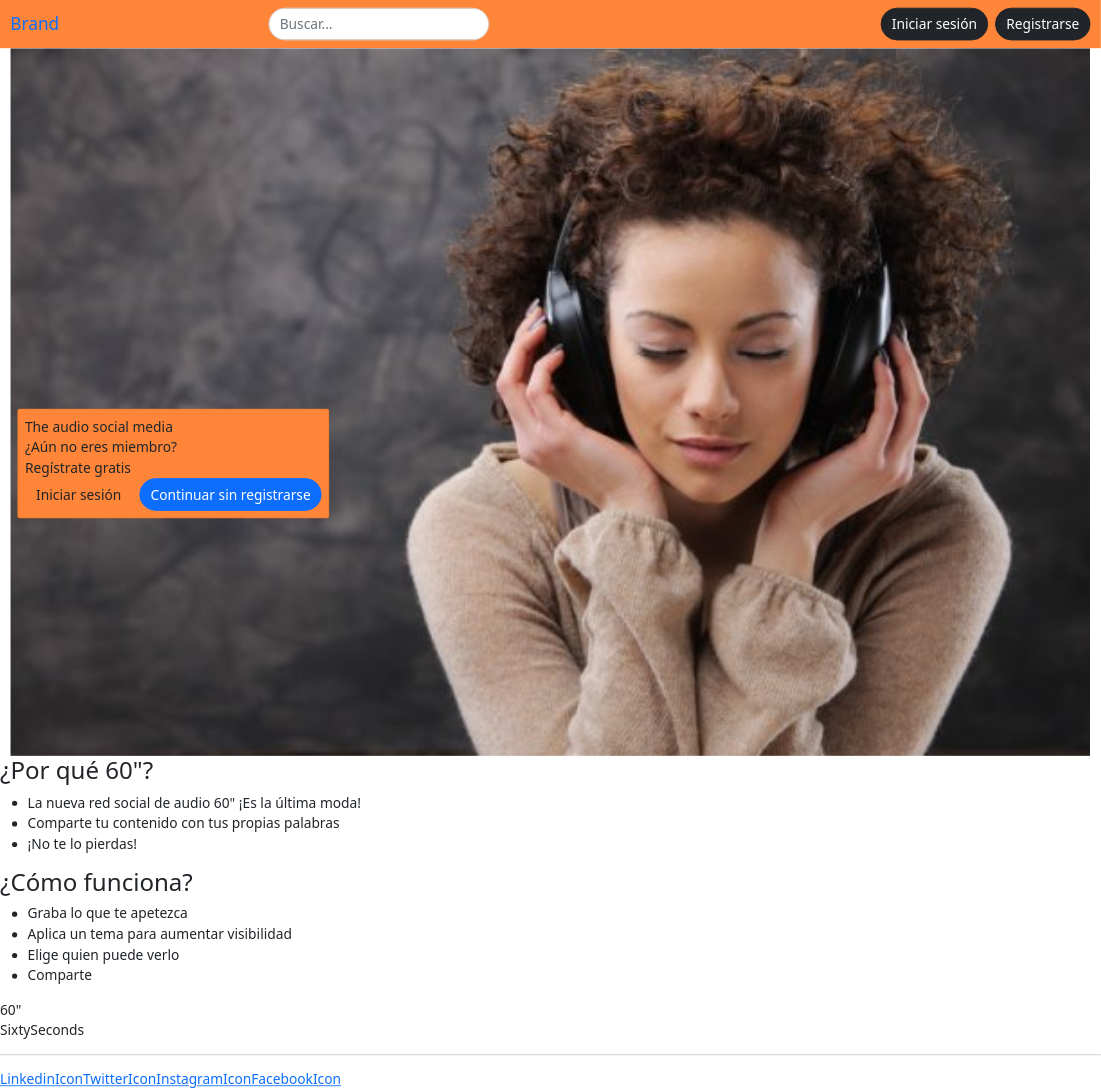
Repository: Zapulin/react-sixtySeconds-front
Page: /
The author's editor kept a copy of each file at every save. The page is drawn from the files as they stood at one save, then again after the next save.
The browser window is 1280 px wide. The pictures show the whole page, at 86% of full size.
The project was rebuilt for these pictures with package versions that can differ from the ones it lists, and the page was loaded fresh each time. Also part of the build but not shown: src/Components/Login.js, src/Components/Signup.js, src/Components/Publish.js, src/Components/Activity.js, src/Components/Navbar.js, src/Components/Categories.js, src/Components/IconProfile.js, src/Components/Recorder.js and 10 more. Imported but missing from the stored project, and not drawn on this page: src/Samples/AUDIOMP3.mp3, src/Samples/AUDIOOGG.ogg.

Above is the page before, as saved 2022-04-13 14:49:16.

After the next save:
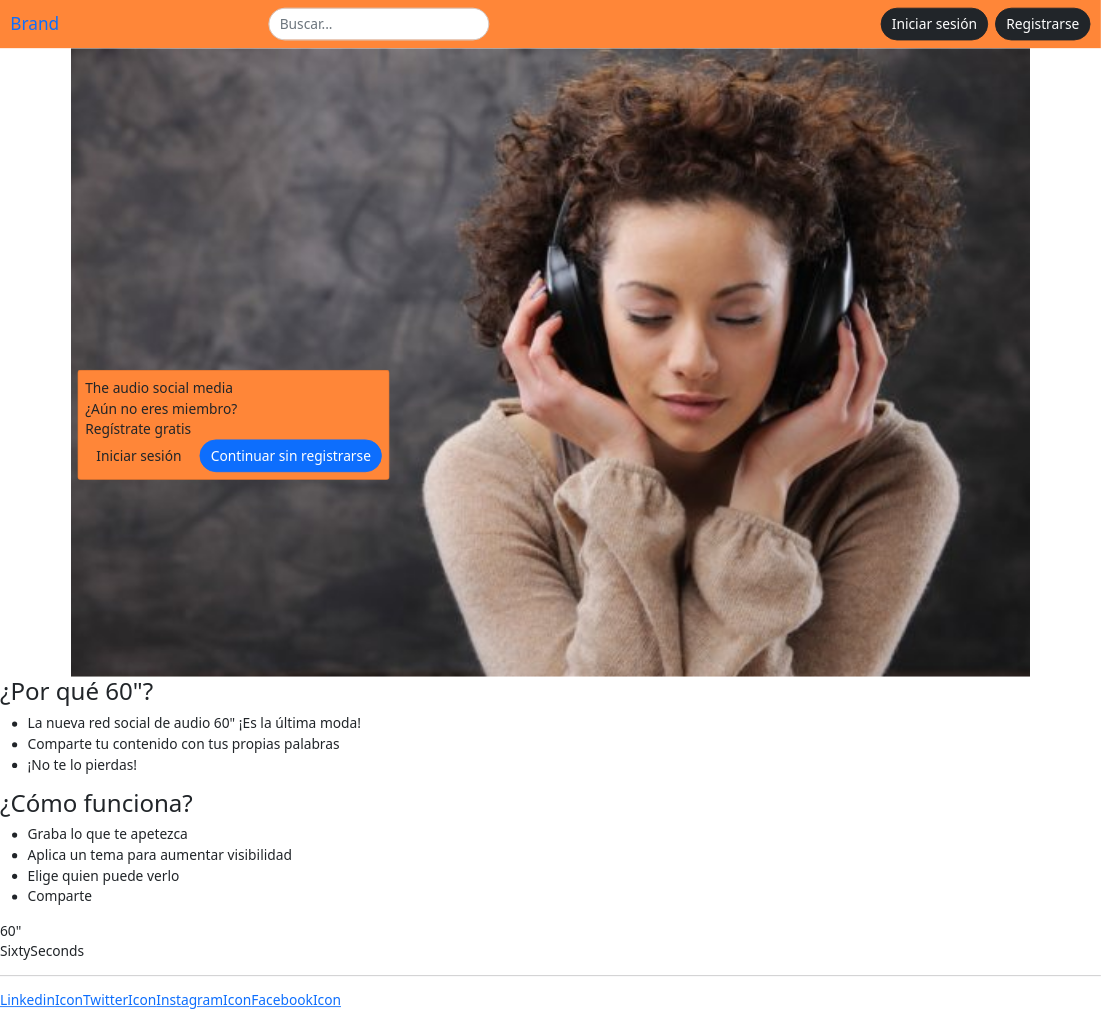
Saved 9 s later.
--- a/src/Pages/Home.js
+++ b/src/Pages/Home.js
@@ -9,7 +9,7 @@
   return (
     <>
     <NavbarHome/>
-      <div className="container-fluid">
+      <div className="container">
           <div className="position-relative">
             <img className="img-fluid" src={top_image} alt="" />
             <div className="card rounded m-2 p-2 position-absolute top-50" style={{background:'#FF8638'}}>

After the save that followed:
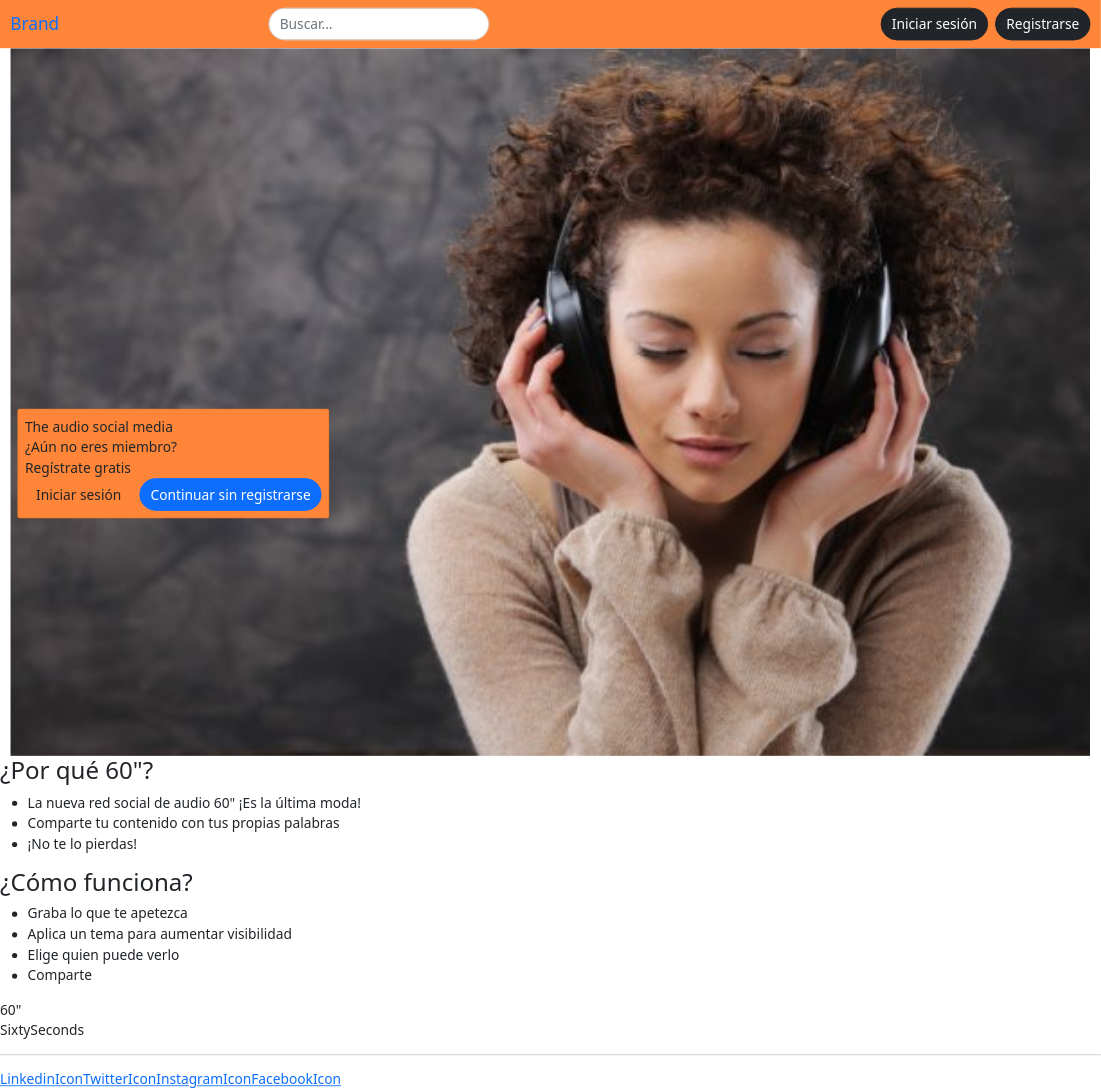
Saved 40 s later.
--- a/src/Pages/Home.js
+++ b/src/Pages/Home.js
@@ -9,7 +9,7 @@
   return (
     <>
     <NavbarHome/>
-      <div className="container">
+      <div className="container-fluid">
           <div className="position-relative">
             <img className="img-fluid" src={top_image} alt="" />
             <div className="card rounded m-2 p-2 position-absolute top-50" style={{background:'#FF8638'}}>
